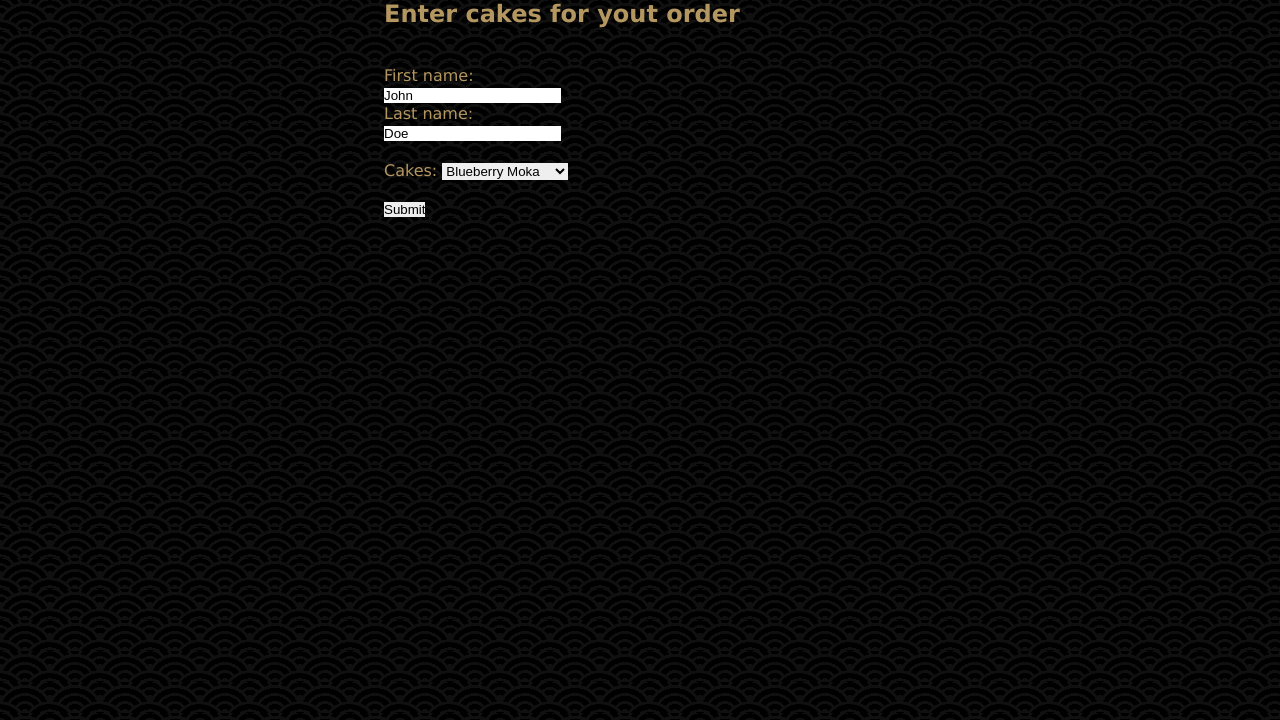
Repository: roge64/htmlfrontend
Page: orders.html
An editor plug-in stored every save of this project. The page is shown before and after the next save, followed by the edit.
The browser window is 1280 px wide. The pictures show the whole page.

Above is the page before, as saved 2022-03-04 15:07:01.

### orders.html
<!DOCTYPE html>
<html lang="en">
<head>
    <meta charset="UTF-8">
    <meta http-equiv="X-UA-Compatible" content="IE=edge">
    <meta name="viewport" content="width=device-width, initial-scale=1.0">
    <title>Orders</title>
    <link rel="stylesheet" href="estilos/estilos.css">

</head>
<body>

    <h2 style="color:#b49760"> Enter cakes for yout order</h2>
    <br></br>

    <form action="/action_page.php" style="color:#b49760">
      <label for="fname">First name:</label>
      <br>
      <input type="text" id="fname" name="fname" value="John">
      <br>
      <label for="lname">Last name:</label>
      <br>
      <input type="text" id="lname" name="lname" value="Doe">
      <br></br>
      <label for="cars">Cakes:</label>
        <select name="cars" id="cars">
            <option value="volvo">Blueberry Moka</option>
            <option value="saab">Coconut Paradise</option>
            <option value="opel">Maple Pecans</option>>
            <option value="opel">Maple Pecans</option>>
        </select>
      <br></br>


      <input type="submit" value="Submit">

    </form>


<section id=orders>


</section>


</body>
</html>

### estilos/estilos.css
*{
    border: 0 ;
    margin: 0 ;
    padding: 0;
    text-decoration: none;
}

body{
    font-family: Geneva;
    background-color: rgb(0, 0, 0);
    width:40%;
    margin-left:auto;
    margin-right:auto;

    background-color:black;
background-image:
radial-gradient(circle at 100% 150%, black 24%, #101010 24%, #101010 28%, black 28%, black 36%, #101010 36%, #101010 40%, transparent 40%, transparent),
radial-gradient(circle at 0    150%, black 24%, #101010 24%, #101010 28%, black 28%, black 35%, #101010 36%, #101010 40%, transparent 40%, transparent),
radial-gradient(circle at 50%  100%, #101010 10%, black 10%, black 23%, #101010 23%, #101010 30%, black 30%, black 43%, #101010 43%, #101010 50%, black 50%, black 63%, #101010 63%, #101010 71%, transparent 71%, transparent),
radial-gradient(circle at 100% 50%, #101010 5%, black 5%, black 15%, #101010 15%, #101010 20%, black 20%, black 29%, #101010 29%, #101010 34%, black 34%, black 44%, #101010 44%, #101010 49%, transparent 49%, transparent),
radial-gradient(circle at 0    50%, #101010 5%, black 5%, black 15%, #101010 15%, #101010 20%, black 20%, black 29%, #101010 29%, #101010 34%, black 34%, black 44%, #101010 44%, #101010 48%, transparent 49%, transparent);
background-size: 50px 31px;
/*     background-image: url("/img/papyrus-dark.png"); */
}

.menu{
    list-style: none;
    padding: 0;
    background: #080808;
    width: 80%;
    height: 75px;
    max-width: 500px;
    margin: auto;
}

.menu li{
    text-decoration: none;
    color: #b49760;
    padding: 20px;
    display: block;
}

.menu li{
    display: inline-block;
    text-align: right;
}

.menu li:hover{
    background:rgb(41, 23, 3);
}


#container, header, #banner, #noticias, #marcas, footer, #social1{
    /* background-color:rgb(255, 255, 255); */
    background-color:black;
background-image:
radial-gradient(circle at 100% 150%, black 24%, #101010 24%, #101010 28%, black 28%, black 36%, #101010 36%, #101010 40%, transparent 40%, transparent),
radial-gradient(circle at 0    150%, black 24%, #101010 24%, #101010 28%, black 28%, black 35%, #101010 36%, #101010 40%, transparent 40%, transparent),
radial-gradient(circle at 50%  100%, #101010 10%, black 10%, black 23%, #101010 23%, #101010 30%, black 30%, black 43%, #101010 43%, #101010 50%, black 50%, black 63%, #101010 63%, #101010 71%, transparent 71%, transparent),
radial-gradient(circle at 100% 50%, #101010 5%, black 5%, black 15%, #101010 15%, #101010 20%, black 20%, black 29%, #101010 29%, #101010 34%, black 34%, black 44%, #101010 44%, #101010 49%, transparent 49%, transparent),
radial-gradient(circle at 0    50%, #101010 5%, black 5%, black 15%, #101010 15%, #101010 20%, black 20%, black 29%, #101010 29%, #101010 34%, black 34%, black 44%, #101010 44%, #101010 48%, transparent 49%, transparent);
background-size: 50px 31px;

    height: 1100px;
    width: 800px;

}

header{
/*     background-color:antiquewhite;
 */
    height: 40px;
    text-align: center;
    font-size: x-large;

}

#banner{
    background-color:#080808;
/*     background-color:rgb(25, 25, 25); */
    width: 600;
    height: 190px;


}


#noticias{
/*     background-color: antiquewhite;
 */
    height: 200px;
}

#tienda #names{
/*     background-color: grey; */
/* background-color:black;
background-image:
radial-gradient(circle at 100% 150%, black 24%, #101010 24%, #101010 28%, black 28%, black 36%, #101010 36%, #101010 40%, transparent 40%, transparent),
radial-gradient(circle at 0    150%, black 24%, #101010 24%, #101010 28%, black 28%, black 35%, #101010 36%, #101010 40%, transparent 40%, transparent),
radial-gradient(circle at 50%  100%, #101010 10%, black 10%, black 23%, #101010 23%, #101010 30%, black 30%, black 43%, #101010 43%, #101010 50%, black 50%, black 63%, #101010 63%, #101010 71%, transparent 71%, transparent),
radial-gradient(circle at 100% 50%, #101010 5%, black 5%, black 15%, #101010 15%, #101010 20%, black 20%, black 29%, #101010 29%, #101010 34%, black 34%, black 44%, #101010 44%, #101010 49%, transparent 49%, transparent),
radial-gradient(circle at 0    50%, #101010 5%, black 5%, black 15%, #101010 15%, #101010 20%, black 20%, black 29%, #101010 29%, #101010 34%, black 34%, black 44%, #101010 44%, #101010 48%, transparent 49%, transparent);
background-size: 50px 31px; */

    height: 300px;
    width: 780px;
    padding-left: 10px;
    padding-right: 10px;
    padding-top: 5px;
    text-align: center;
}

#marcas{
/*     background-color:rgb(58, 41, 18); */
    height: 205px;
}


footer{
    width: 800px;
/*     background-color:rgb(0, 0, 0); */
    text-align: center;
    height: 25px;
    padding-top: 7px;

}

#banner #banner1{
/*     background-color: rgb(180, 134, 73); */
    width: 150px;
    height: 145px;
    float: left;
    text-align: center;
/*     display: inline-block; */
    margin: 5px 5px;
}

#banner #banner2{
/*     background-color: rgb(180, 134, 73); */
    width: 600px;
    height: 145px;
    float: right;
/*     display: inline-block; */
    /* vertical-align: center;  */
    margin: 5px 5px;
}

#noticias #news1{
/*     background-color: rgb(41, 38, 34); */
    font-size: 50px;

    text-align: center;
    width: 790px;
    height: 200px;
    display: inline-block;
    vertical-align: center;
    margin: 5px 5px;

}


#tienda #cake1{
    background: rgb(109, 175, 33);
    width: 240px;
    height: 285px;
    display: inline-block;
    vertical-align: top;
    margin: 5px 8px;
}

#tienda #cake2{
    background: rgb(41, 23, 3);
    width: 240px;
    height: 285px;
    display: inline-block;
    vertical-align: top;
    margin: 5px 10px;
}

#tienda #cake3{
    background: rgb(175, 169, 112);
    width: 240px;
    height: 285px;
    display: inline-block;
    vertical-align: top;
    margin: 5px 5px;
}

#names #name1{
    font-size: 25px;
    text-align: center;
    width: 240px;
    height: 60px;
    display: inline-block;
    vertical-align: top;
    margin: 5px 8px;
}

#names #name2{
    font-size: 25px;
    text-align: center;
    width: 240px;
    height: 60px;
    display: inline-block;
    vertical-align: top;
    margin: 5px 8px;
}

#names #name3{
    font-size: 25px;
    text-align: center;
    width: 240px;
    height: 60px;
    display: inline-block;
    vertical-align: top;
    margin: 5px 8px;
}

#social #social1{
    text-decoration: none;
/*     background: rgb(109, 175, 33); */
    width: 375px;
    height: 150px;
    display: inline-block;
    vertical-align: center;
    margin: 10px 12px;
}

#social #social2{
    text-decoration: none;
/*     background: rgb(109, 175, 33); */
    width: 375px;
    height: 150px;
    display: inline-block;
    vertical-align: center;
    margin: 10px 10px;
}

#social #social1 {
    color: rgb(175, 169, 112);


}

#separador {
        width: 800px;
        text-align: center;
        height: 100px;

}

After the next save:
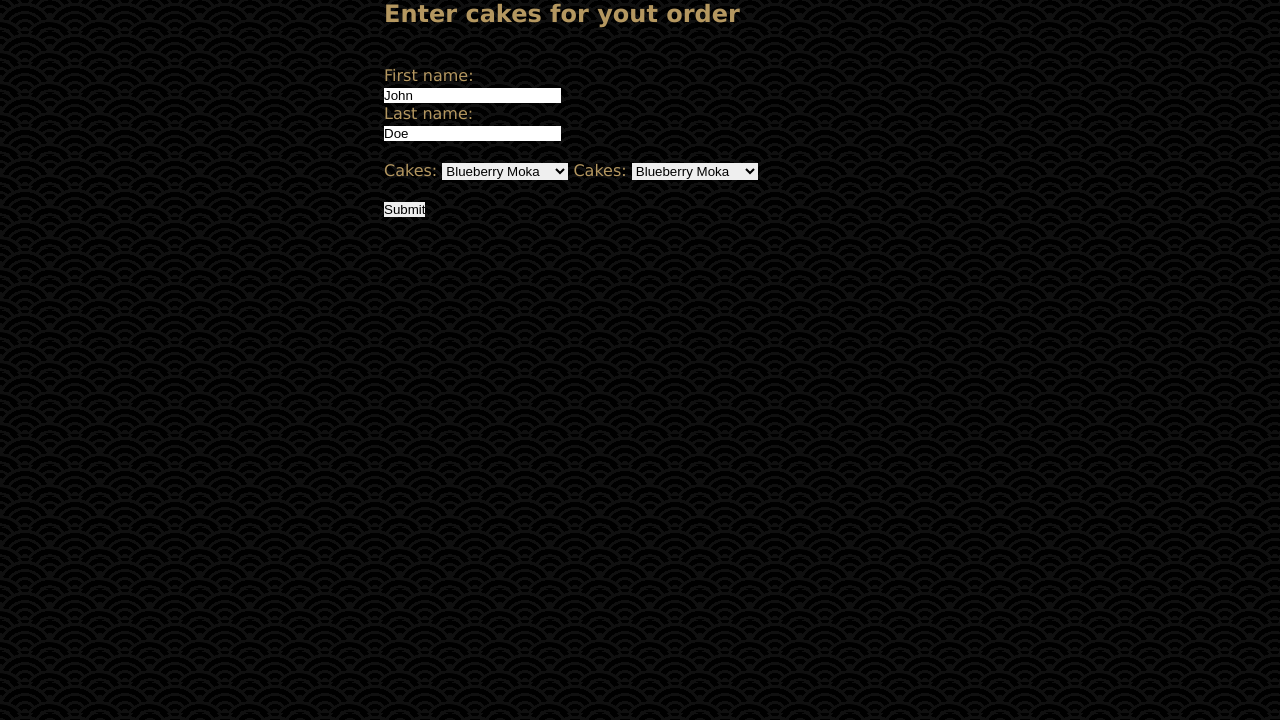
Saved 82 s later.
--- a/orders.html
+++ b/orders.html
@@ -29,6 +29,13 @@
             <option value="opel">Maple Pecans</option>>
             <option value="opel">Maple Pecans</option>>
         </select>
+        <label for="cars">Cakes:</label>
+        <select name="cars" id="cars">
+            <option value="volvo">Blueberry Moka</option>
+            <option value="saab">Coconut Paradise</option>
+            <option value="opel">Maple Pecans</option>>
+            <option value="opel">Maple Pecans</option>>
+        </select>
       <br></br>
 
 
